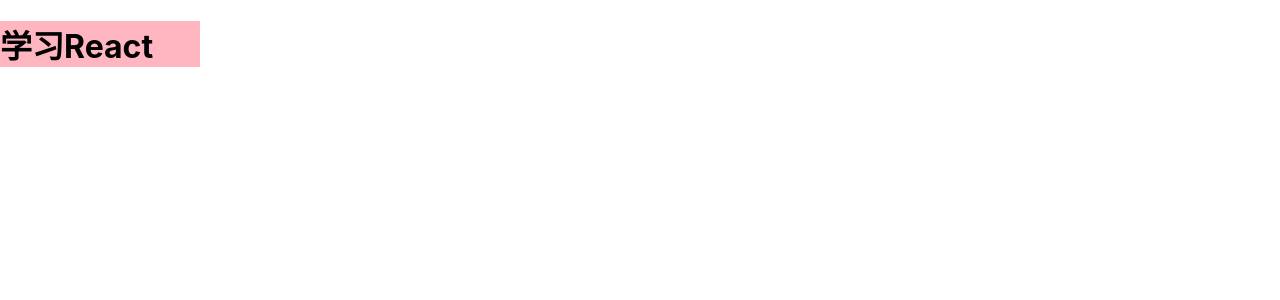
Repository: zhenzhen-gong/react-learning
Page: /user/set
An editor plug-in stored every save of this project. The page is shown before and after the next save, followed by the edit.
The browser window is 1280 px wide. The pictures show the whole page.
The project was rebuilt for these pictures with package versions that can differ from the ones it lists, and the page was loaded fresh each time.

Above is the page before, as saved 2021-04-16 12:23:15.

After the next save:
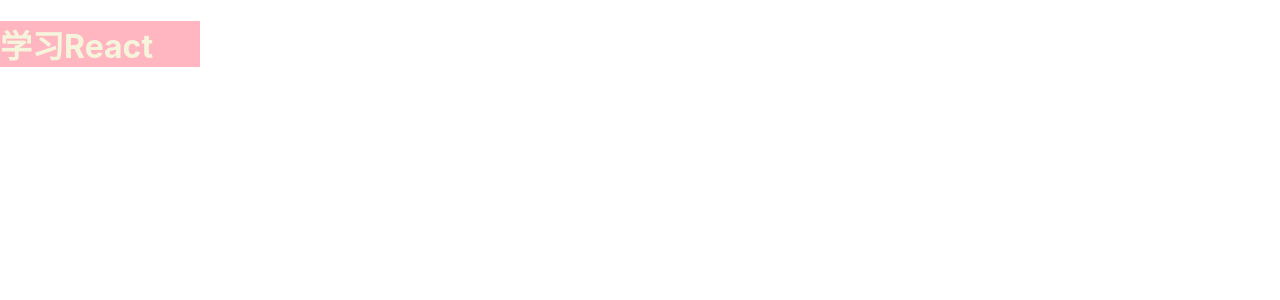
Saved 28 s later.
--- a/src/app.less
+++ b/src/app.less
@@ -1,6 +1,6 @@
 .context {
     width: 200px;
-    p {
+    h1 {
         color: beige;
     }
 }
